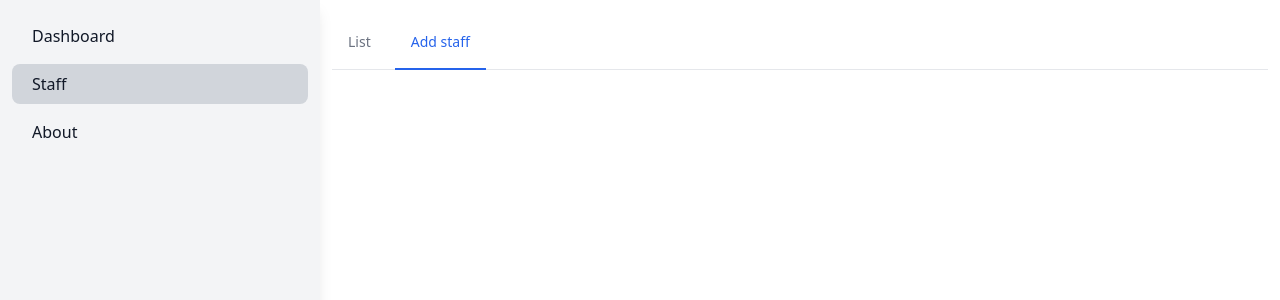
Repository: daohuyhoang9119/React-Router-6.4--Practice
Page: /staff
The author's editor kept a copy of each file at every save. The page is drawn from the files as they stood at one save, then again after the next save.
The browser window is 1280 px wide. The pictures show the whole page.
The project was rebuilt for these pictures with package versions that can differ from the ones it lists, and the page was loaded fresh each time. Also part of the build but not shown: src/components/AddStaff/AddStaff.tsx, src/components/StaffList/StaffList.tsx, src/pages/404/Page404.tsx, src/pages/About/About.tsx, src/pages/Dashboard/Dashboard.tsx, src/components/StaffItem/StaffItem.tsx.

Above is the page before, as saved 2022-11-07 23:22:33.

After the next save:
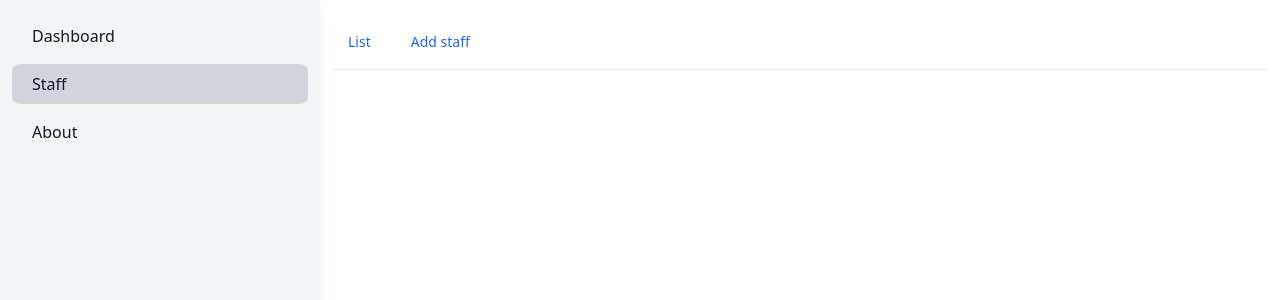
Saved 2 min 32 s later.
--- a/src/pages/Staff/Staff.tsx
+++ b/src/pages/Staff/Staff.tsx
@@ -9,7 +9,11 @@ export default function Staff() {
           <li className='mr-2'>
             <NavLink
               to='/staff/list'
-              className='inline-block rounded-t-lg border-b-2 border-transparent p-4 hover:border-gray-300 hover:text-gray-600 '
+              className={(isActive) => {
+                const activeColor = 'border-blue-600 text-blue-600'
+                const activeted = isActive ? activeColor : ''
+                return `inline-block rounded-t-lg border-b-2 ${activeted} border-transparent p-4 hover:border-gray-300 hover:text-gray-600`
+              }}
             >
               List
             </NavLink>
@@ -17,7 +21,11 @@ export default function Staff() {
           <li className='mr-2'>
             <NavLink
               to='/staff/add'
-              className='active inline-block rounded-t-lg border-b-2 border-blue-600 p-4 text-blue-600 '
+              className={(isActive) => {
+                const activeColor = 'border-blue-600 text-blue-600'
+                const activeted = isActive ? activeColor : ''
+                return `inline-block rounded-t-lg border-b-2 ${activeted} border-transparent p-4 hover:border-gray-300 hover:text-gray-600`
+              }}
               aria-current='page'
             >
               Add staff
